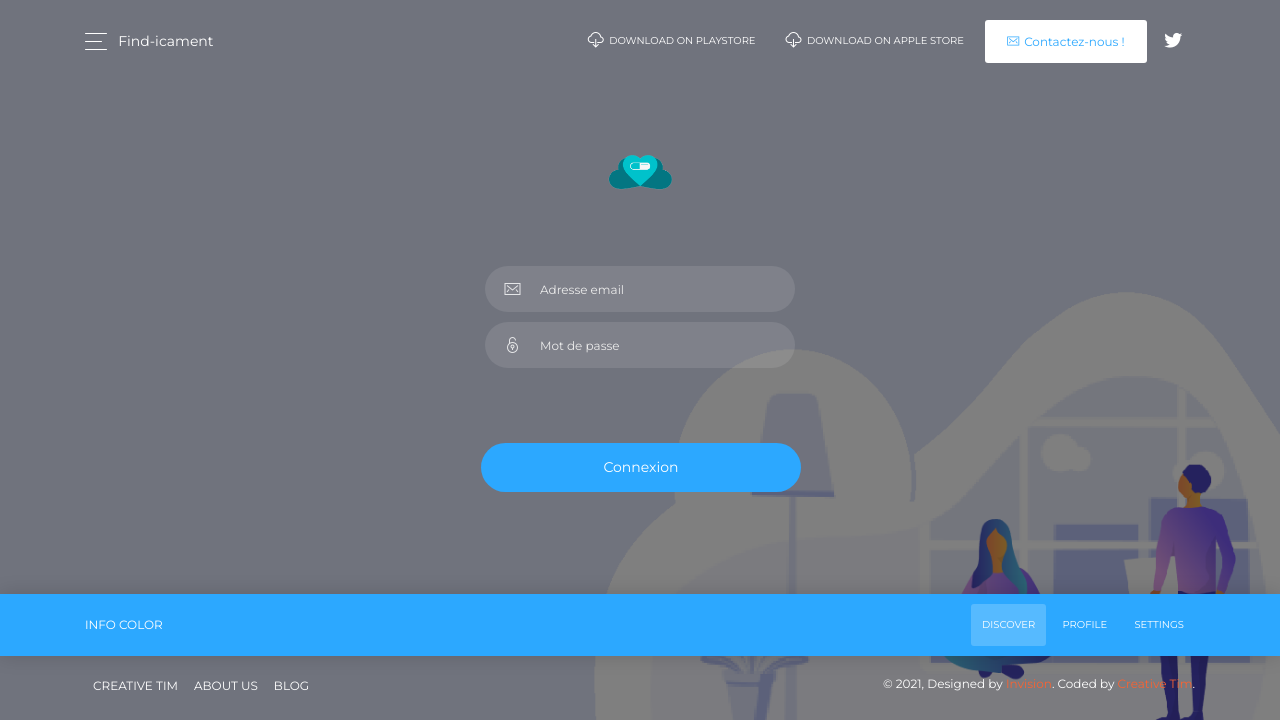
Repository: sdeschaepmeester/samanthawebsite
Page: /login-page
An editor plug-in stored every save of this project. The page is shown before and after the next save, followed by the edit.
The browser window is 1280 px wide. The pictures show the whole page.
The project was rebuilt for these pictures with package versions that can differ from the ones it lists, and the page was loaded fresh each time. Also part of the build but not shown: src/assets/demo/nucleo-icons-page-styles.css, src/components/Navbars/IndexNavbar.js, src/components/Headers/IndexHeader.js, src/components/Footers/DarkFooter.js, src/views/index-sections/Images.js, src/views/index-sections/Introduction.js, src/views/index-sections/BasicElements.js, src/views/index-sections/Navbars.js and 20 more.

Above is the page before, as saved 2021-05-31 21:17:54.

After the next save:
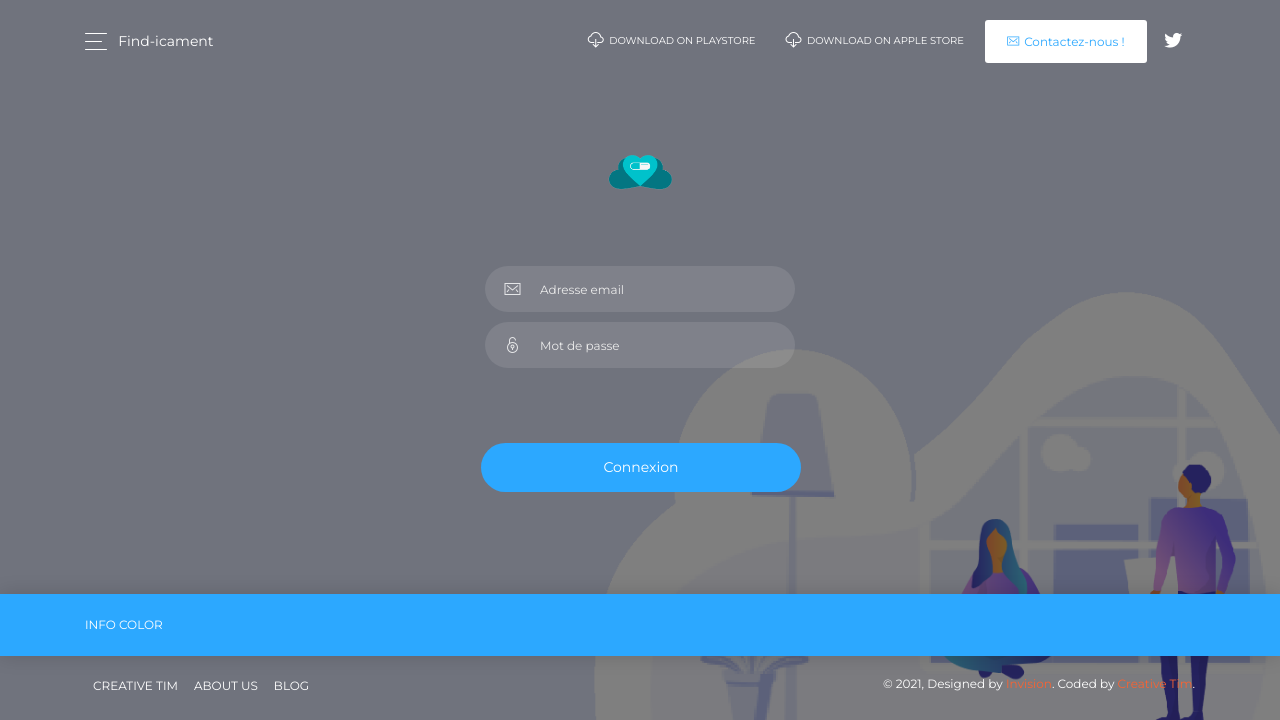
Saved 2 min 53 s later.
--- a/src/views/examples/LoginPage.js
+++ b/src/views/examples/LoginPage.js
@@ -127,7 +127,7 @@ function LoginPage() {
             </Col>
           </Container>
         </div>
-            <Navbar className="bg-info" expand="lg" style={{ backgroundColor: "red"}}>
+            <Navbar className="bg-info" style={{ backgroundColor: "red"}}>
               <Container>
                 <div className="navbar-translate">
                   <NavbarBrand
